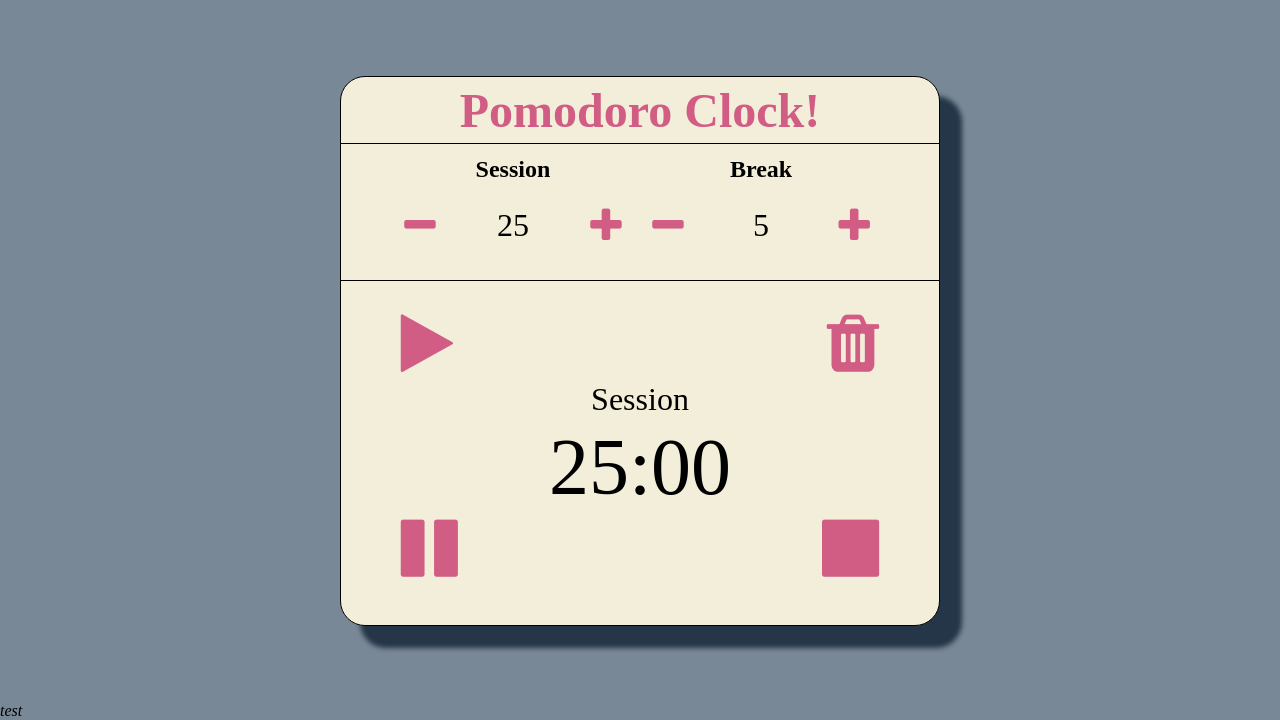
Repository: mcostigliola/pomodoroTimer
Page: index.html
The author's editor kept a copy of each file at every save. The page is drawn from the files as they stood at one save, then again after the next save.
The browser window is 1280 px wide. The pictures show the whole page.

Above is the page before, as saved 2020-06-11 19:44:34.

After the next save:
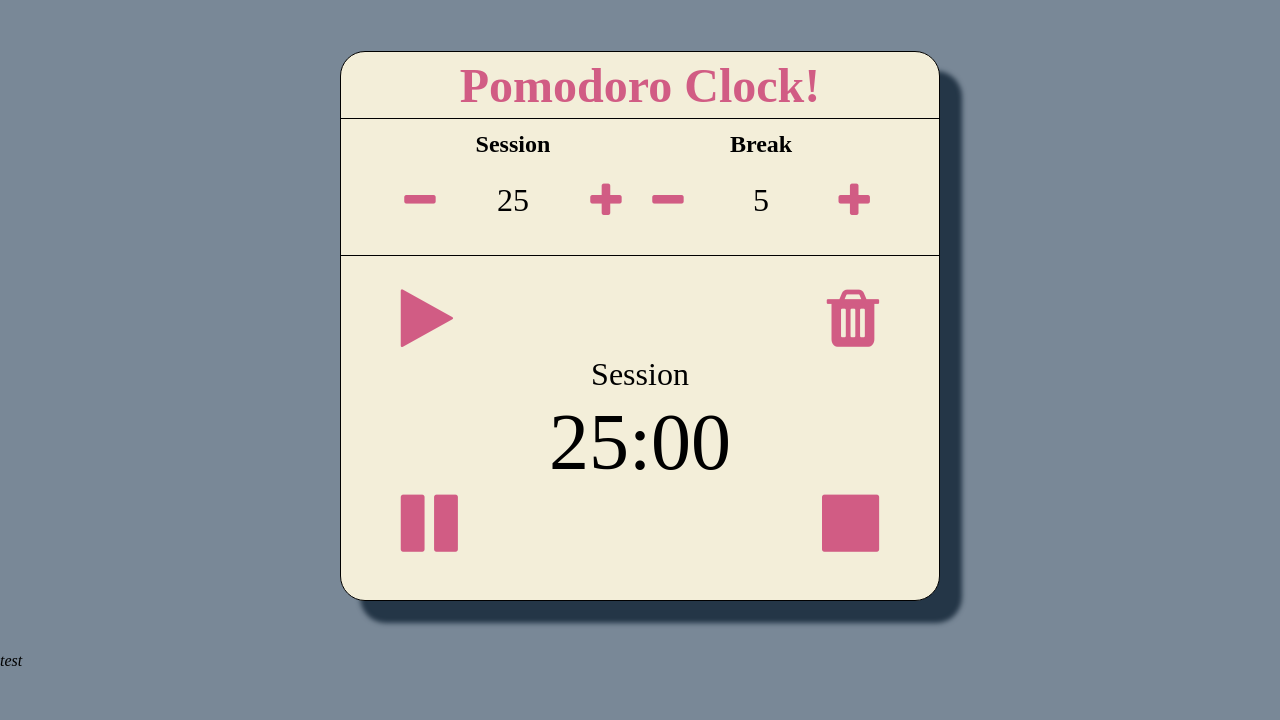
Saved 14 s later.
--- a/main.css
+++ b/main.css
@@ -40,7 +40,7 @@ i{
     width: 100%;
 }
 
-#footer{
+footer{
     margin-bottom: 50px;
   }
 
